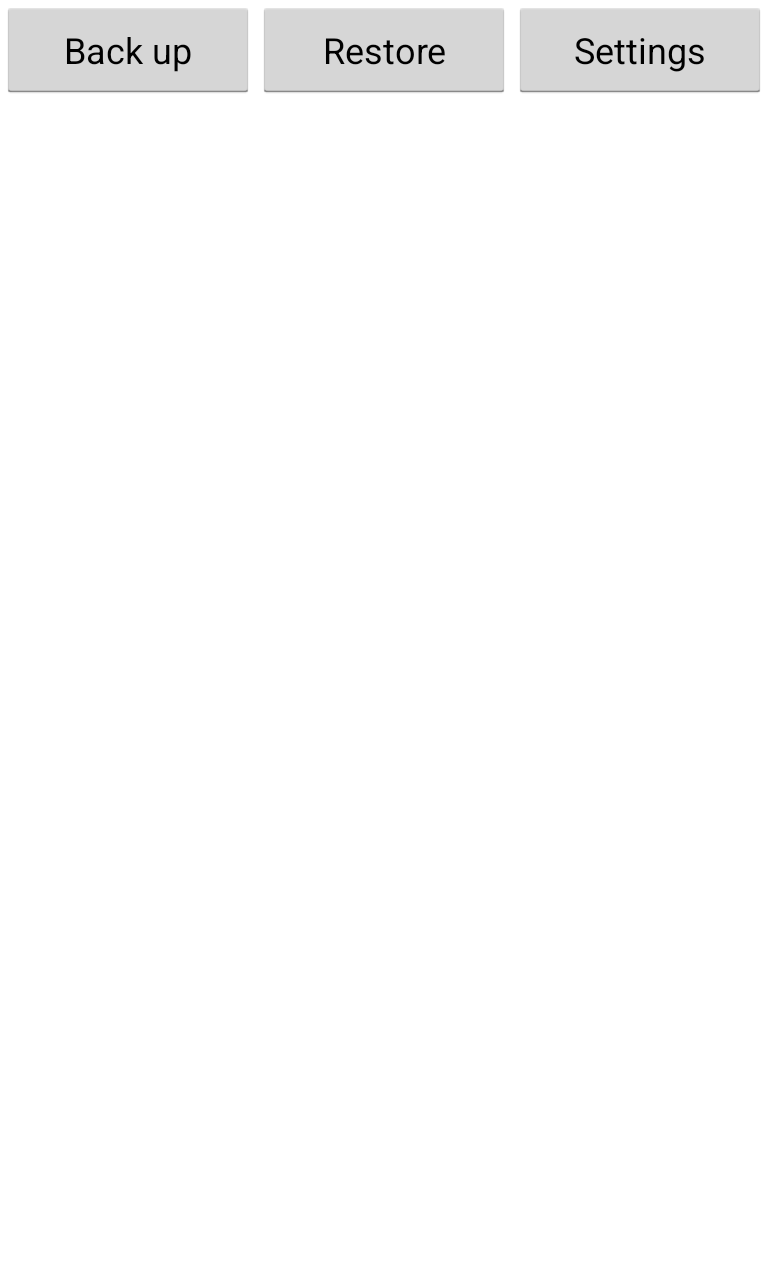
Repository: zzttt/LVM_BackupSol
Layout: TimeTraveler/res/layout/activity_main.xml
The author's editor kept a copy of each file at every save. The layout is drawn from the files as they stood at one save, then again after the next save.
It is drawn on a 768 x 1280 px phone screen (xhdpi) without system bars, with theme AppTheme; the app's code is not run. Lists and similar views that code fills are empty.

Above is the layout before, as saved 2014-07-01 23:30:40.

### TimeTraveler/res/layout/activity_main.xml
<?xml version="1.0" encoding="utf-8"?>
<RelativeLayout xmlns:android="http://schemas.android.com/apk/res/android"
    android:layout_width="fill_parent"
    android:layout_height="fill_parent"
    >

    <LinearLayout
        android:layout_width="fill_parent"
        android:layout_height="50dip"
        android:orientation="horizontal"
        android:id="@+id/title_layout"
        android:background="#FFFFFF"
        >

        <Button
            android:id="@+id/btn_one"
            android:layout_width="0dip"
            android:layout_weight="1"
            android:layout_height="50dip"
            android:text="Back up" />

        <Button
            android:id="@+id/btn_two"
            android:layout_width="0dip"
            android:layout_weight="1"
            android:layout_height="50dip"
            android:text="Restore" />

        <Button
            android:id="@+id/btn_three"
            android:layout_width="0dip"
            android:layout_weight="1"
            android:layout_height="50dip"
            android:text="Settings" />
    </LinearLayout>

	<android.support.v4.view.ViewPager
	    android:id="@+id/pager"
	    android:layout_width="match_parent"
	    android:layout_height="match_parent"
        android:layout_above="@+id/bottom"
	 	android:layout_below="@+id/title_layout"
	    >



	</android.support.v4.view.ViewPager>
</RelativeLayout>

Loaded but not shown: TimeTraveler/res/values/styles.xml (common file); TimeTraveler/res/values-v11/styles.xml (common file); TimeTraveler/res/values-v14/styles.xml (common file)

After the next save:
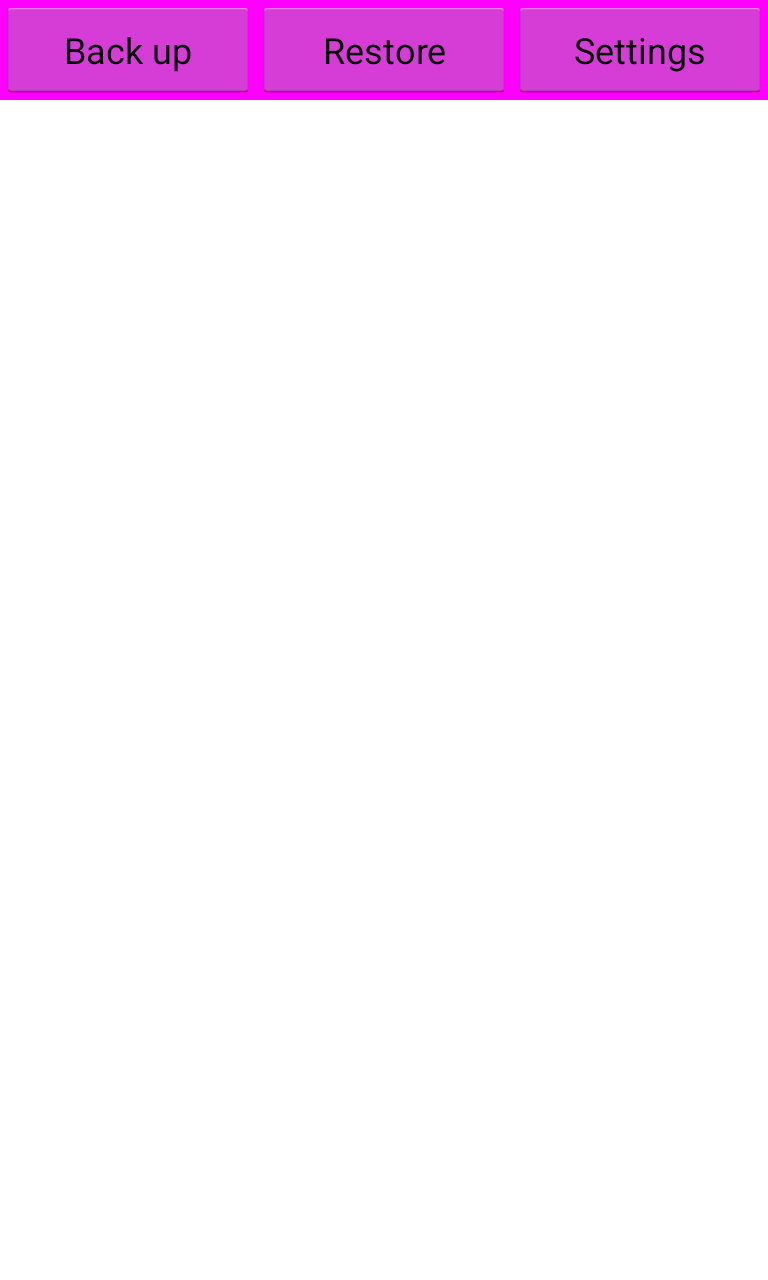
Saved 4 s later.
--- a/TimeTraveler/res/layout/activity_main.xml
+++ b/TimeTraveler/res/layout/activity_main.xml
@@ -9,7 +9,7 @@
         android:layout_height="50dip"
         android:orientation="horizontal"
         android:id="@+id/title_layout"
-        android:background="#FFFFFF"
+        android:background="#FF00FF"
         >
 
         <Button

After the 3 saves that followed:
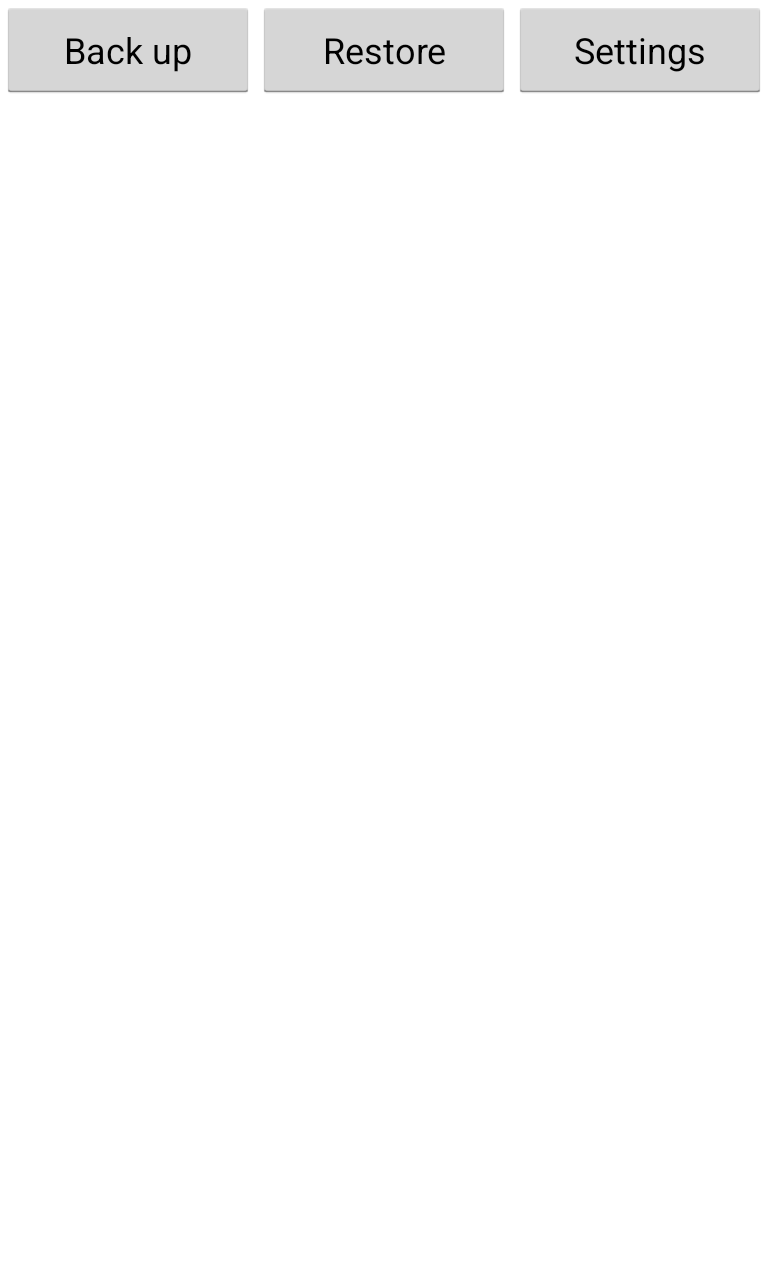
The 3 saves are shown as one change because 2 left the picture as it was.
The last was saved 55 s later.
--- a/TimeTraveler/res/layout/activity_main.xml
+++ b/TimeTraveler/res/layout/activity_main.xml
@@ -9,7 +9,7 @@
         android:layout_height="50dip"
         android:orientation="horizontal"
         android:id="@+id/title_layout"
-        android:background="#FF00FF"
+        android:background="#FFFFFF"
         >
 
         <Button
@@ -17,7 +17,8 @@
             android:layout_width="0dip"
             android:layout_weight="1"
             android:layout_height="50dip"
-            android:text="Back up" />
+            android:text="Back up"
+            />
 
         <Button
             android:id="@+id/btn_two"
